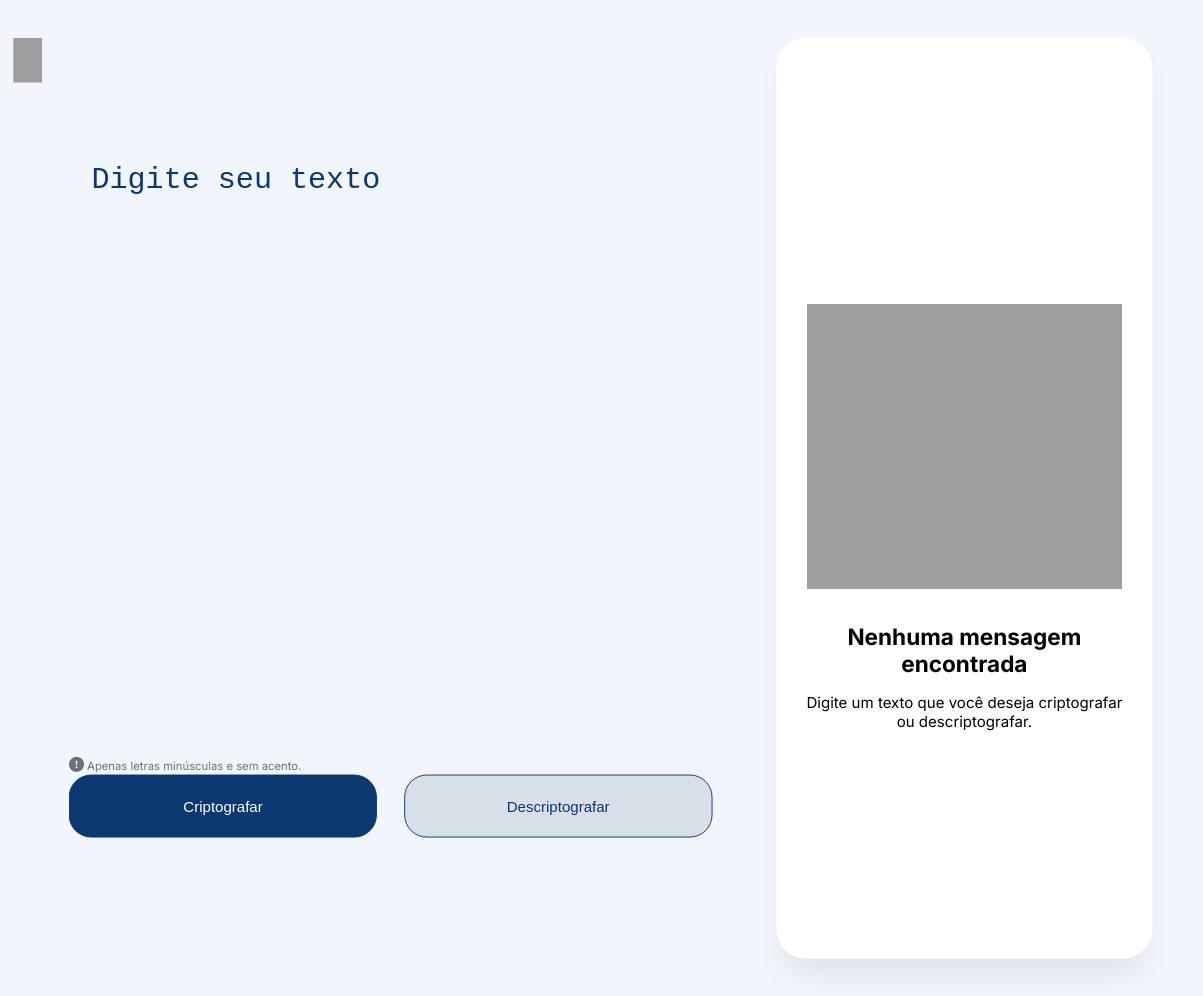
Repository: CarlosEduardoVdeOliveira/descodificador-de-texto
Page: index.html
The author's editor kept a copy of each file at every save. The page is drawn from the files as they stood at one save, then again after the next save.
The browser window is 1280 px wide. The pictures show the whole page, at 94% of full size.
Pictures or frames that could not be fetched are drawn as grey boxes.

Above is the page before, as saved 2023-04-13 09:38:43.

### index.html
<!DOCTYPE html>
<html lang="en">
<head>
   <meta charset="UTF-8">
   <link rel="preconnect" href="https://fonts.googleapis.com">
   <link rel="preconnect" href="https://fonts.gstatic.com" crossorigin>
   <meta http-equiv="X-UA-Compatible" content="IE=edge">
   <meta name="viewport" content="width=device-width, initial-scale=1.0">
   <link href="https://fonts.googleapis.com/css2?family=Inter:wght@400;700&display=swap" rel="stylesheet">
   <link rel="stylesheet" href="https://cdnjs.cloudflare.com/ajax/libs/font-awesome/6.4.0/css/all.min.css" integrity="sha512-iecdLmaskl7CVkqkXNQ/ZH/XLlvWZOJyj7Yy7tcenmpD1ypASozpmT/E0iPtmFIB46ZmdtAc9eNBvH0H/ZpiBw==" crossorigin="anonymous" referrerpolicy="no-referrer" />
   <link rel="stylesheet" href="/public/styles/reset.css">
   <link rel="stylesheet" href="/public/styles/index.css">
   <link rel="stylesheet" href="/public/styles/tablet.css">
   <link rel="stylesheet" href="/public/styles/mobile.css">
   <title>Decodificador</title>
</head>
<body>
   <main>
      <img src="/public/images/imageLogo2.png"
         alt="letra a da logo da escola de programação Alura">
      <div class="highlight">
         <textarea class="textarea-input" placeholder="Digite seu texto" autofocus></textarea>
         <div class="info">
            <span>
               <i class="fa-solid fa-circle-exclamation"></i>
               Apenas letras minúsculas e sem acento.
            </span>
            <div class="info-group-button">
               <button class="button-cryptography">Criptografar</button>
               <button class="button-decryption">Descriptografar</button>
            </div>
         </div>
      </div>
      <div class="text-cryption">
         <img src="/public/images/imageHighLight.svg" alt="">
         <div>
            <h2>Nenhuma mensagem encontrada</h2>
            <p>
               Digite um texto que você deseja criptografar ou descriptografar.
            </p>
         </div>
      </div>
   </main>
   <script src="/public/scripts/index.js"></script>
</body>
</html>

### public/styles/reset.css
:root{
   --light-gray: #D8DFE8;
   --gray-100: #CED4DA;
   --gray-200: #ADB5BD;
   --gray-300: #868E96;
   --gray-400: #495057;
   --gray-500: #343A40;
   --light-blue-100: #F3F5FC;
   --light-blue-200: #EFF1FA;
   --light-blue-300: #E9ECF8;
   --light-blue-400: #AAB2D5;
   --light-blue-500: #757FB2;
   --dark-blue-100: #609ED4;
   --dark-blue-200: #356EA9;
   --dark-blue-300: #0A3871;
   --dark-blue-400: #072B61;
   --dark-blue-500: #052051;
}
*{
   margin: 0;
   padding: 0;
   box-sizing: border-box;
}

html{
   font-family:  'Inter', sans-serif;
   font-size: 1rem;
}

### public/styles/index.css
body{
   background-color: var(--light-blue-100);
}
img{
   width: 1.943rem;
   height: 3rem;
   margin-top: 2.5rem;
}
main {
   display: flex;
   justify-content: space-around;
   align-items: self-start;
   margin: 0 auto;
}
.highlight{
   display: flex;
   flex-direction: column;
   margin-top: 7.5rem;
}
textarea.textarea-input{
   width: 100%;
   height: 39.68rem;

   font-size: 32px;
   line-height: 150%;
   background-color: var(--light-blue-100);
   color: var(--dark-blue-300);
   border: none;
   resize: none;
   margin: 1.5rem auto;
   padding: 1.5rem;
}
textarea.textarea-input:focus{
   outline: 0;
}

textarea.textarea-input::placeholder{
   color: var(--dark-blue-300);
}

i{
   color: var(--gray-400);
   font-size: 1rem;
}
span{
   font-size: 12px;
   color: var(--gray-400);
   line-height: 150%;
   opacity: 0.8;
   margin-bottom: 1rem;
}
button{
   padding: 1.5rem;
   gap: .5rem;
   width: 328px;
   height: 67px;
   border-radius: 1.5rem;
   cursor: pointer;
   font-size: 1rem;
   line-height: 19px;
   border: 1px solid var(--dark-blue-300);
   transition: all .2s;
}
.button-cryptography{
   background-color: var(--dark-blue-300);
   color: white;
   margin-right: 1.5rem;
}
.button-cryptography:hover{
   background-color: var(--dark-blue-400);
}
.button-decryption{
   background: var(--light-gray);
   color: var(--dark-blue-300);
}
.button-decryption:hover{
   background-color: var(--light-blue-200);
}
.text-cryption{
   width: 25rem;
   margin: 2.5rem;
   padding: 15.188rem 2rem;
   text-align: center;
   background-color: white;
   /* shadow */
   box-shadow: 0px 24px 32px -8px rgba(0, 0, 0, 0.08);
   border-radius: 32px;
}
.text-cryption img{
   width: 21rem;
   height: 19rem;
}
.text-cryption div{
   display: flex;
   flex-direction: column;

   margin-top: 2rem;
   padding: 0px;
   gap: 16px;
}

.button-copy-cryption{
   background-color: white;
}
.button-copy-cryption:hover{
   background-color: var(--light-blue-200);
}

### public/styles/tablet.css
@media (max-width: 768px) {
   main{
      display: block;
   }
   img{
      margin: 1rem;
   }
   .textarea-input{
      margin: 0 auto;
   }
   .info{
      display: flex;
      flex-direction: column;
      margin: 0 auto;
   }
   .text-cryption{
      width: 43rem;
      height: 8.313rem;
      padding: 0;
      margin: 1.5rem auto;
   }
   .text-cryption img{
      display: none;
   }
}

### public/styles/mobile.css
@media (max-width: 375px) {
   img{
      margin: 1rem;
   }
   .info{
      margin: 0 auto;
   }
   .info-group-button{
      display: flex;
      flex-direction: column;
   }
   .info-group-button .button-cryptography{
      margin-bottom: 1.5rem;
   }
   .text-cryption{
      width: 20.438rem;
      height: 11.625rem;
      padding: 0;
      margin: 1.5rem auto;
   }
}

### public/scripts/index.js
const elementTextarea = document.querySelector("textarea.textarea-input");
const areaCryption = document.querySelector(".text-cryption");
const buttonCryptography = document.querySelector(".button-cryptography");
const buttonDecryption = document.querySelector(".button-decryption");


function alterTextCryptionArea(){
   areaCryption.classList.remove('text-cryption')
   areaCryption.innerHTML = `
      <p>${elementTextarea.value}</p>
      <button class="button-copy-cryption">Copiar</button>
   `;
}
/*
function copyText(){
   const text = document.querySelector("format-text-cryption")
   text.select();
   document.execCommand('copy');
} */
/* document.querySelector("button-copy-cryption").onclick = copyText */
buttonCryptography.onclick = alterTextCryptionArea
buttonDecryption.onclick = alterTextCryptionArea

After the next save:
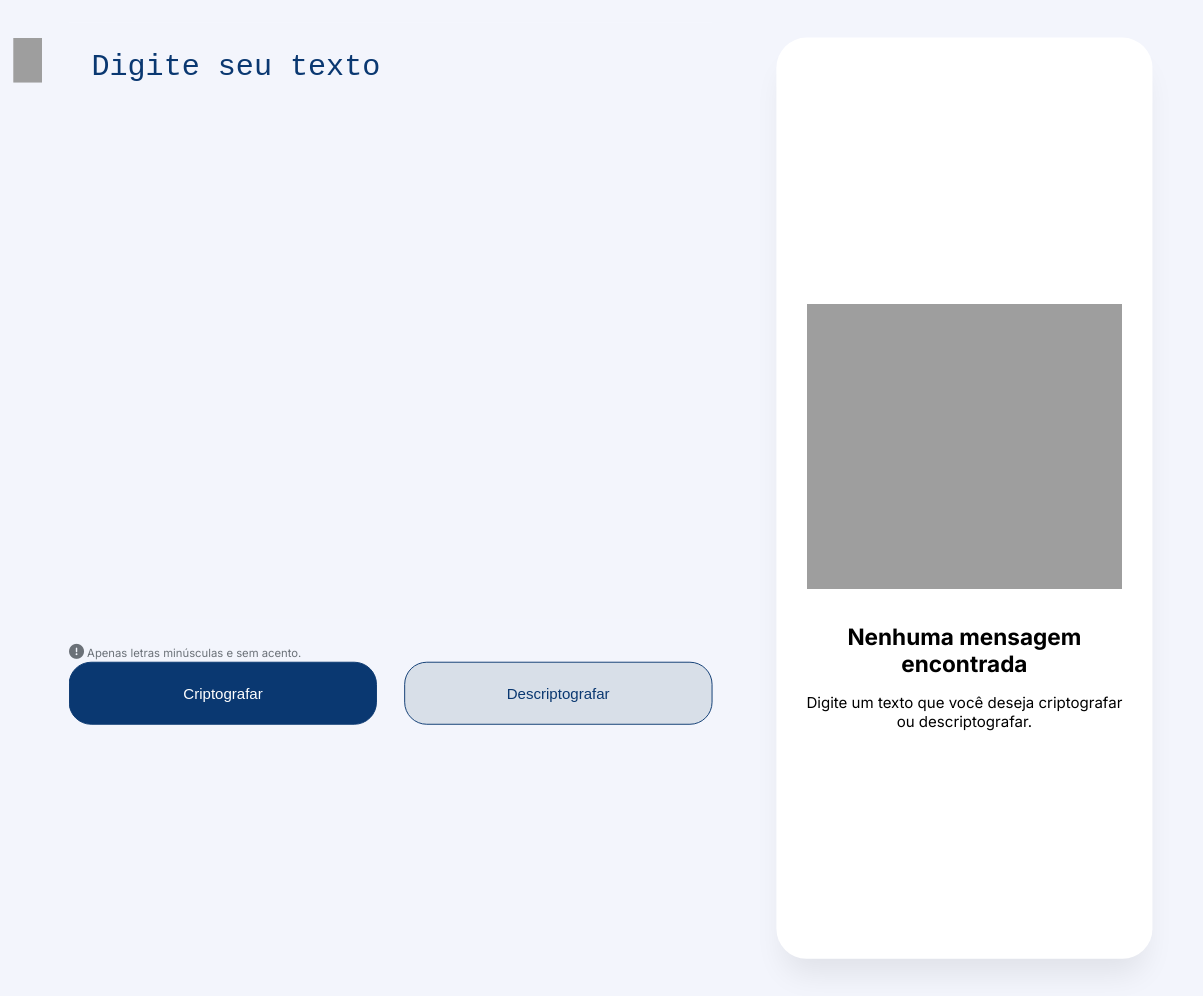
Saved 22 s later.
--- a/public/styles/index.css
+++ b/public/styles/index.css
@@ -15,7 +15,7 @@ main {
 .highlight{
    display: flex;
    flex-direction: column;
-   margin-top: 7.5rem;
+   /* margin-top: 7.5rem; */
 }
 textarea.textarea-input{
    width: 100%;

After the save that followed:
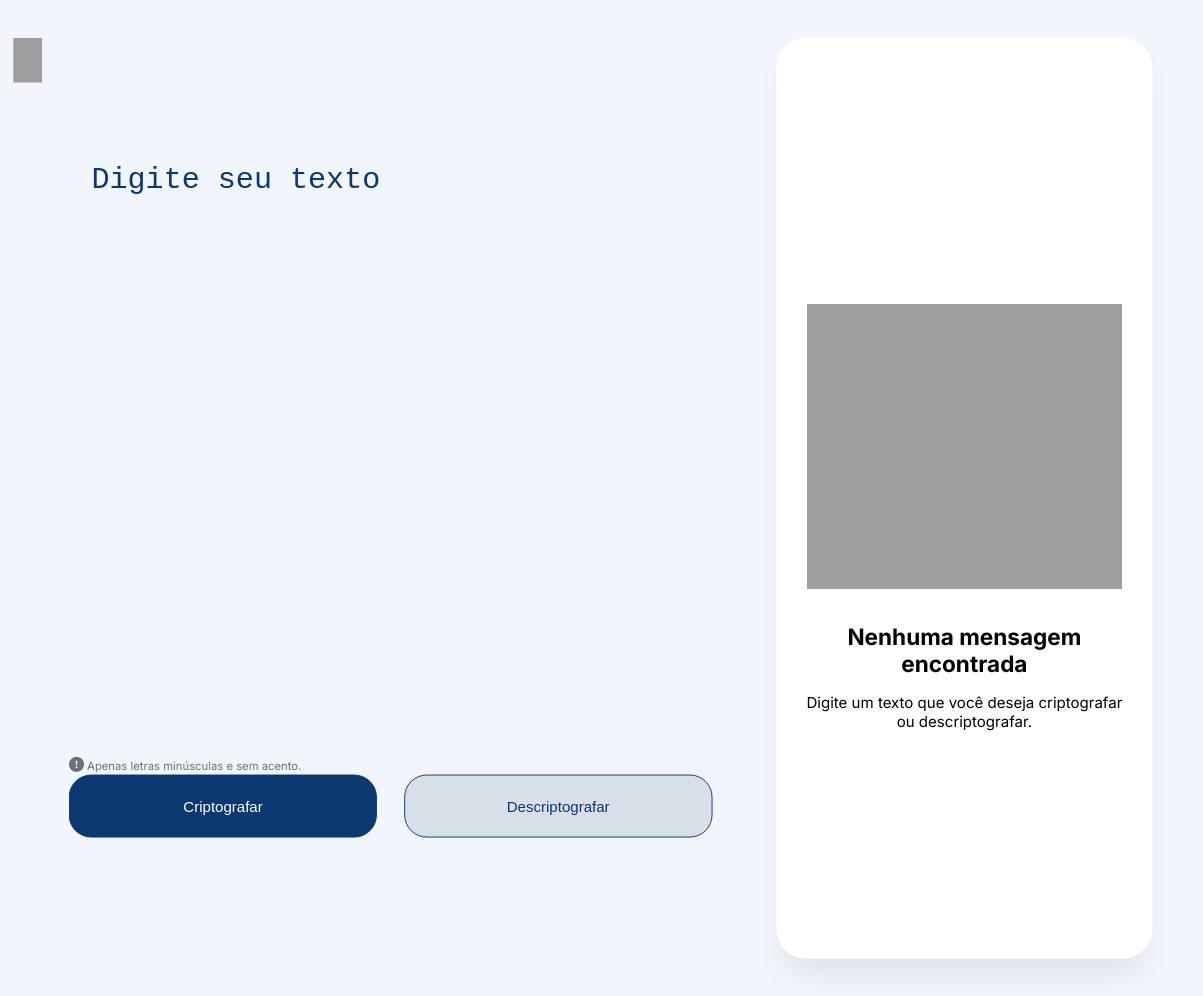
Saved 4 s later.
--- a/public/styles/index.css
+++ b/public/styles/index.css
@@ -15,7 +15,7 @@ main {
 .highlight{
    display: flex;
    flex-direction: column;
-   /* margin-top: 7.5rem; */
+   margin-top: 7.5rem;
 }
 textarea.textarea-input{
    width: 100%;
